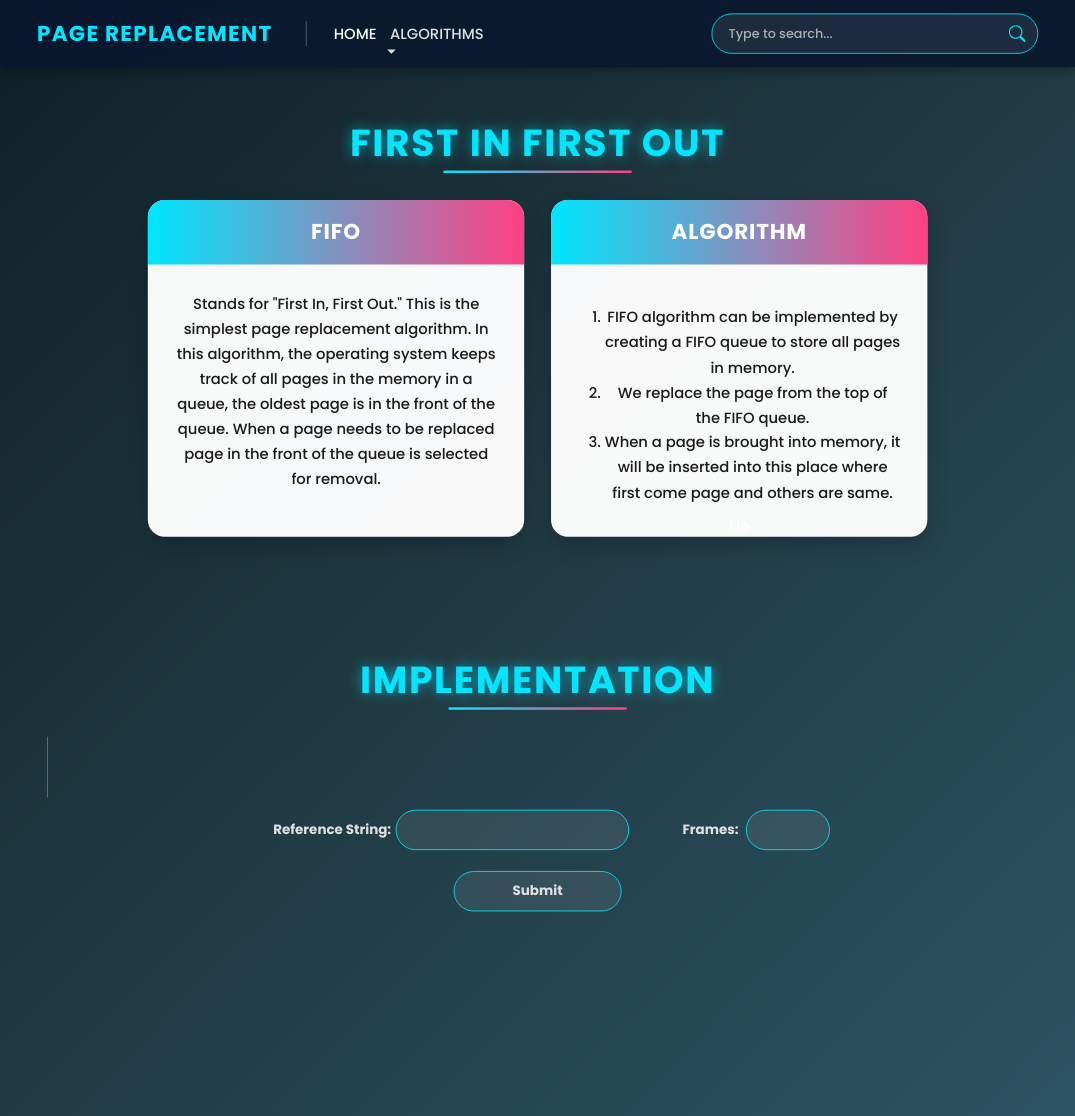
Repository: nusuranur/Page-Replacement-Algorithms-Simulator2.0
Page: Page-Replacement-Algorithms-Simulator-master/fifo.html
The author's editor kept a copy of each file at every save. The page is drawn from the files as they stood at one save, then again after the next save.
The browser window is 1280 px wide. The pictures show the whole page, at 84% of full size.

Above is the page before, as saved 2025-08-05 17:06:33.

After the next save:
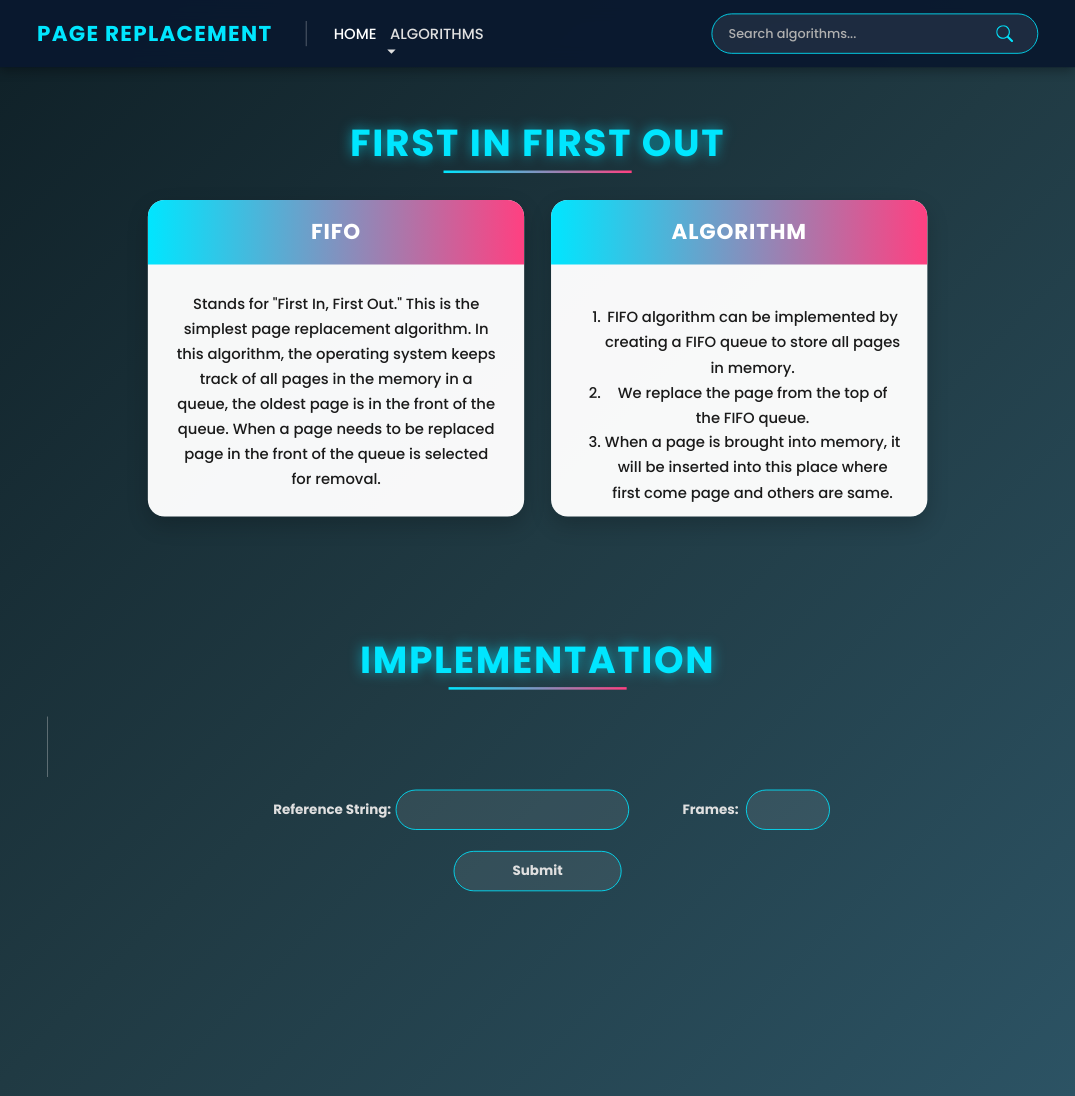
Saved 5 min 34 s later.
--- a/Page-Replacement-Algorithms-Simulator-master/fifo.html
+++ b/Page-Replacement-Algorithms-Simulator-master/fifo.html
@@ -340,8 +340,7 @@
 </head>
 
 <body>
-
-     <nav class="navbar sticky-top navbar-expand-lg navbar-dark bg-dark">
+    <nav class="navbar sticky-top navbar-expand-lg navbar-dark bg-dark">
         <div class="container-fluid">
             <a class="navbar-brand" href="pagereplacement_index.html">
                 <div class="hover-border">PAGE REPLACEMENT</div>
@@ -359,7 +358,6 @@
                             <div class="hover-border">HOME</div>
                         </a>
                     </li>
-
                     <li class="nav-item dropdown">
                         <a class="nav-link dropdown-toggle" href="#" id="navbarDropdown" role="button"
                             data-bs-toggle="dropdown" aria-expanded="false">
@@ -373,17 +371,19 @@
                         </ul>
                     </li>
                 </ul>
-
-                <div class="d-flex">
+                <div class="d-flex position-relative">
                     <div class="dropdown">
                         <input id="search-input" class="form-control me-2 dropdown-toggle" data-bs-toggle="dropdown"
-                            aria-expanded="false" placeholder="Type to search...">
-                        <ul id="suggestions" class="dropdown-menu dropdown-menu-dark" aria-labelledby="search-button"></ul>
-                        <svg xmlns="http://www.w3.org/2000/svg" width="20" height="20" fill="currentColor"
-                            class="bi bi-search" viewBox="0 0 16 16" style="position: absolute; right: 15px;">
-                            <path
-                                d="M11.742 10.344a6.5 6.5 0 1 0-1.397 1.398h-.001c.03.04.062.078.098.115l3.85 3.85a1 1 0 0 0 1.415-1.414l-3.85-3.85a1.007 1.007 0 0 0-.115-.1zM12 6.5a5.5 5.5 0 1 1-11 0 5.5 5.5 0 0 1 11 0z" />
-                        </svg>
+                            aria-expanded="false" placeholder="Search algorithms..." aria-label="Search">
+                        <ul id="suggestions" class="dropdown-menu dropdown-menu-dark" aria-labelledby="search-input"></ul>
+                        <button id="search-button" class="btn btn-outline-light position-absolute" type="button"
+                            style="right: 10px; top: 50%; transform: translateY(-50%); border: none; background: none; padding: 0;">
+                            <svg xmlns="http://www.w3.org/2000/svg" width="20" height="20" fill="currentColor"
+                                class="bi bi-search" viewBox="0 0 16 16">
+                                <path
+                                    d="M11.742 10.344a6.5 6.5 0 1 0-1.397 1.398h-.001c.03.04.062.078.098.115l3.85 3.85a1 1 0 0 0 1.415-1.414l-3.85-3.85a1.007 1.007 0 0 0-.115-.1zM12 6.5a5.5 5.5 0 1 1-11 0 5.5 5.5 0 1 1 11 0z" />
+                            </svg>
+                        </button>
                     </div>
                 </div>
             </div>
@@ -431,7 +431,7 @@
                         </ol>
                     </p>
                 </div>
-            lifo</div>
+            </div> <!-- Removed erroneous 'lifo' text -->
         </div>
     </div>
     <div class="last-block" data-aos="fade-up">
@@ -474,6 +474,7 @@
     <br>
     <script src="https://cdn.jsdelivr.net/npm/bootstrap@5.3.0/dist/js/bootstrap.bundle.min.js"></script>
     <script src="https://unpkg.com/aos@2.3.1/dist/aos.js"></script>
+    <script src="js/search.js"></script> <!-- Added search.js -->
     <script>
         AOS.init({
             duration: 1200,
